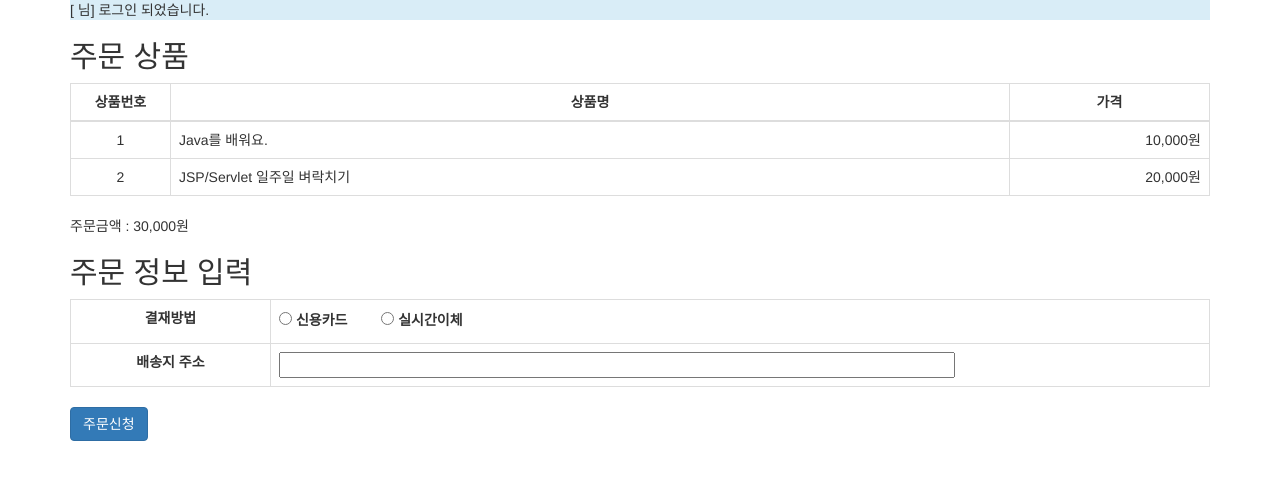
Repository: brotherdoor/shiba
Page: http://localhost/NBookShop_templete/orderForm.jsp
The author's editor kept a copy of each file at every save. The page is drawn from the files as they stood at one save, then again after the next save.
The browser window is 1280 px wide. The pictures show the whole page.
The page is served by Tomcat 9. Other server files are loaded and not shown. The template is opened directly, without the code that normally fills it, so the values that code supplies are empty.

Above is the page before, as saved 2017-02-24 03:20:58.

### jsp/NBookShop_templete/WebContent/orderForm.jsp
<%@ page language="java" contentType="text/html; charset=UTF-8"
    pageEncoding="UTF-8"%>
<%@ taglib prefix="c" uri="http://java.sun.com/jsp/jstl/core" %>
<!DOCTYPE html>
<html lang="ko">
<head>
    <meta charset="euc-kr">
    <title>상품목록</title>
    <link rel="stylesheet" href="https://maxcdn.bootstrapcdn.com/bootstrap/3.3.2/css/bootstrap.min.css">
    <link href="css/namoosori.css" rel="stylesheet">
</head>
<body>
<div class="container">
    <div class="desc">
        <p class="bg-info">[${customer.name } 님] 로그인 되었습니다.</p>
    </div>
    <article>
        <h2>주문 상품</h2>
        <table class="table table-bordered">
            <colgroup>
                <col width="100"/>
                <col width="*"/>
                <col width="200"/>
            </colgroup>
            <thead>
                <tr>
                    <th class="text-center">상품번호</th>
                    <th class="text-center">상품명</th>
                    <th class="text-center">가격</th>
                </tr>
            </thead>
            <tbody>
                <tr>
                    <td class="text-center">1</td>
                    <td>Java를 배워요.</td>
                    <td class="text-right">10,000원</td>
                </tr>
                <tr>
                    <td class="text-center">2</td>
                    <td>JSP/Servlet 일주일 벼락치기</td>
                    <td class="text-right">20,000원</td>
                </tr>
            </tbody>
        </table>
        <div class="total-amount">주문금액 : 30,000원</div>
    </article>
    <article>
        <h2>주문 정보 입력</h2>
        <table class="table table-bordered">
            <colgroup>
                <col width="200"/>
                <col width="*"/>
            </colgroup>
            <tbody>
            <tr>
                <th class="text-center">결재방법</th>
                <td>
                    <input type="radio" name="approval" id="CreditCard" />
                    <label for="CreditCard" style="margin-right:30px;">신용카드</label>
                    <input type="radio" name="approval" id="Transfer" />
                    <label for="Transfer">실시간이체</label>
                </td>
            </tr>
            <tr>
                <th class="text-center">배송지 주소</th>
                <td><input type="text" size="80" /></td>
            </tr>
            </tbody>
        </table>
        <div class="btn-wrap">
            <button class="btn btn-primary" type="submit">주문신청</button>
        </div>
    </article>
</div>
</body>
</html>

### jsp/NBookShop_templete/WebContent/css/namoosori.css
body {
    padding:30px 0;
    border-top:5px solid #428bca;
}
article {
    padding:10px 0;
}
.container {
    width:900px;
    margin:30px auto;
}
.container h2 {
    font-size: 24px;
}
.desc > p {
    padding:15px;
}
.btn-wrap {
    text-align: right;
}
.total-amount {
    font-size:18px;
    text-align: right;
    font-weight: bold;
    border-bottom: 1px dashed #ccc;
    padding-bottom:15px;
}
.jumbotron {
    margin:0 200px;
    background-color: #d9edf7;
}

/* Star Rating */
.starRating,
.starRating span{
    display:inline-block;
    height:14px;
    background:transparent url(../img/icoFiveStar.gif) no-repeat;
    overflow:hidden;
}
.starRating{
    width:79px;
    vertical-align:middle;
}
.starRating span{
    font-size:0;
    line-height:0;
    vertical-align:top;
    text-indent:-100px;
    *text-indent:0;
    background-position:0 -14px;
}

After the next save:
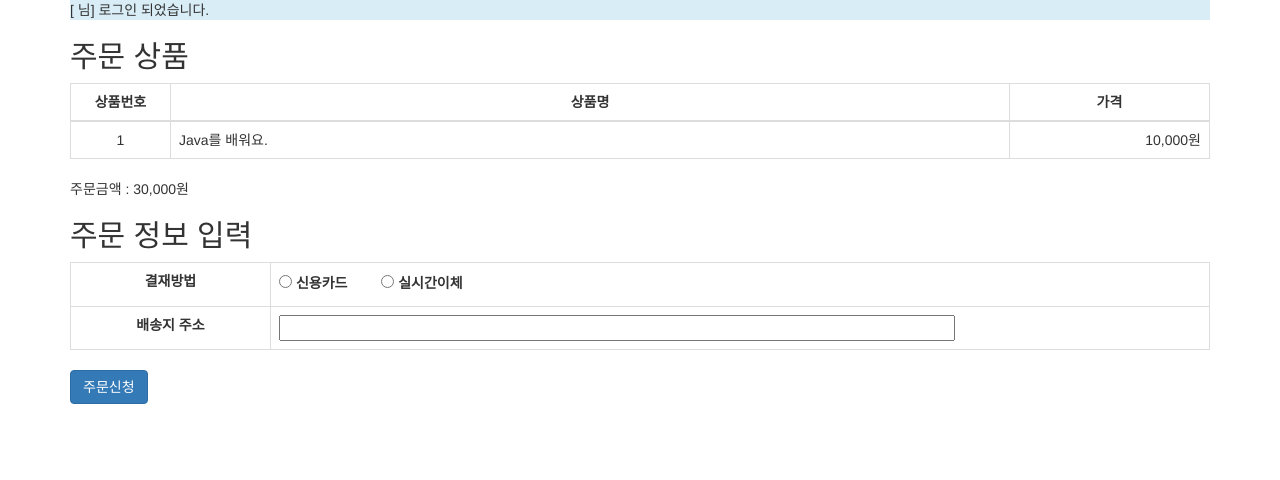
Saved 46 s later.
--- a/jsp/NBookShop_templete/WebContent/orderForm.jsp
+++ b/jsp/NBookShop_templete/WebContent/orderForm.jsp
@@ -14,6 +14,7 @@
     <div class="desc">
         <p class="bg-info">[${customer.name } 님] 로그인 되었습니다.</p>
     </div>
+    <form action="oderConfirm.do" method="post">
     <article>
         <h2>주문 상품</h2>
         <table class="table table-bordered">
@@ -34,11 +35,6 @@
                     <td class="text-center">1</td>
                     <td>Java를 배워요.</td>
                     <td class="text-right">10,000원</td>
-                </tr>
-                <tr>
-                    <td class="text-center">2</td>
-                    <td>JSP/Servlet 일주일 벼락치기</td>
-                    <td class="text-right">20,000원</td>
                 </tr>
             </tbody>
         </table>
@@ -71,6 +67,7 @@
             <button class="btn btn-primary" type="submit">주문신청</button>
         </div>
     </article>
+    </form>
 </div>
 </body>
 </html>
